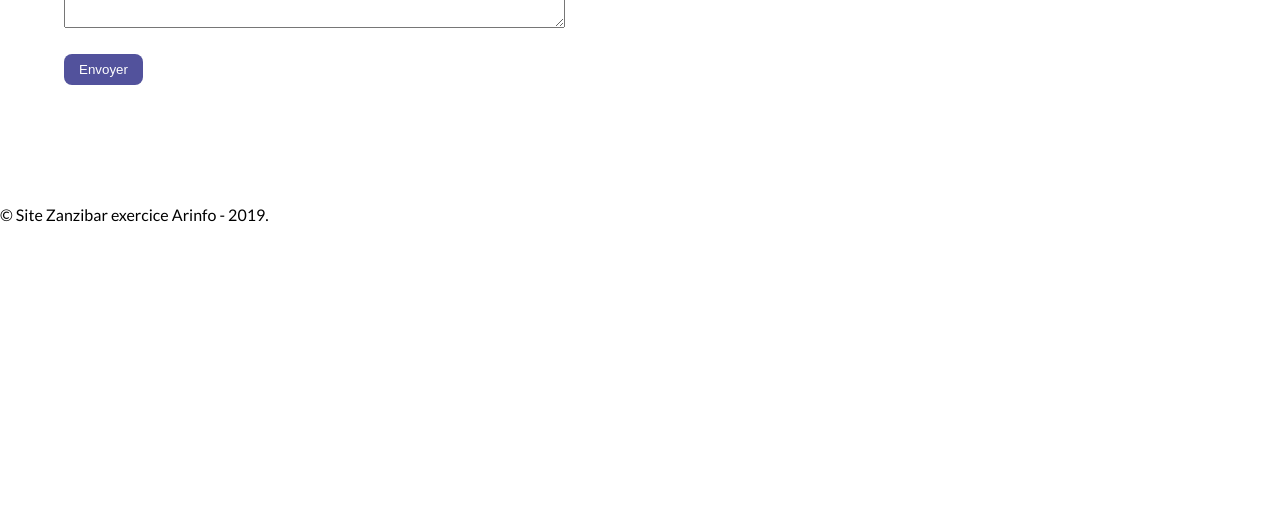
Repository: ypiard85/zanzibar
Page: index.html
An editor plug-in stored every save of this project. The page is shown before and after the next save, followed by the edit.
The browser window is 1280 px wide. The pictures show the part of the page from y = 5163 to 5668 px (the page is 5668 px tall).
Some web fonts or font styles are not loaded; a fallback is used.

Above is the page before, as saved 2021-03-01 15:09:14.

After the next save:
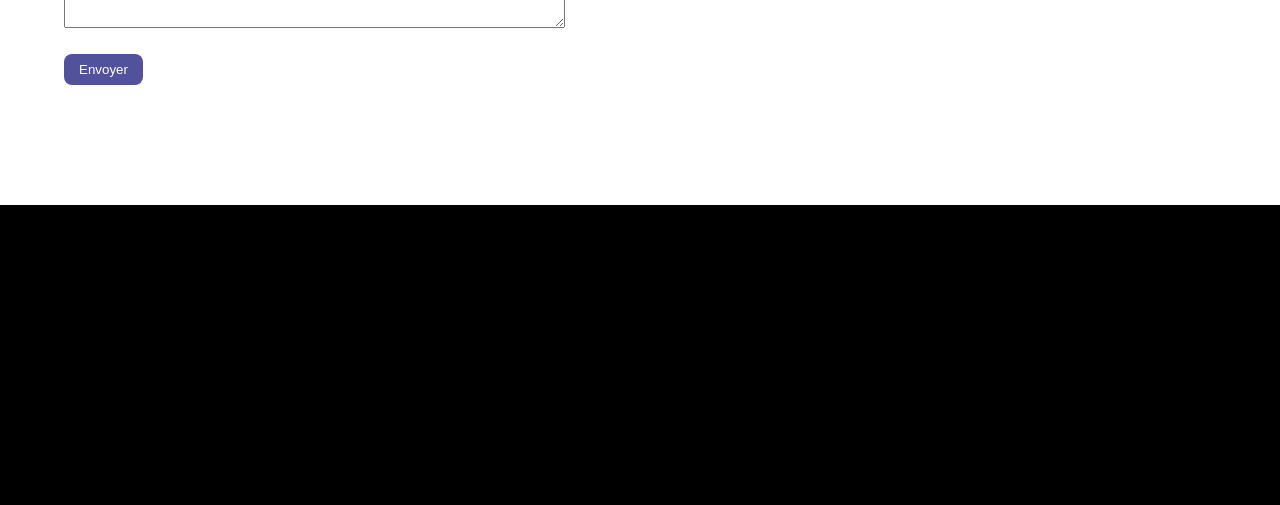
Saved 7 s later.
--- a/style.css
+++ b/style.css
@@ -461,4 +461,5 @@ textarea{
 
 footer{
     height: 300px;
-}
+    background-color: black;
+}
